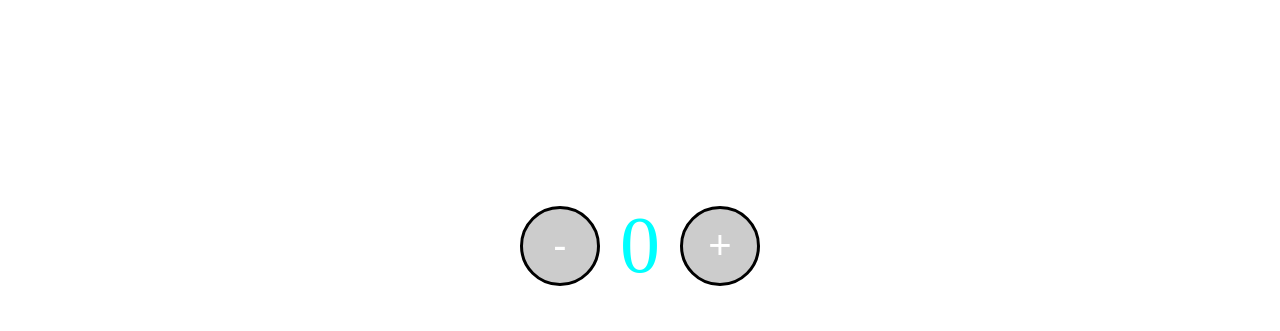
Repository: zRush1202/LoginPage-demo
Page: dom/exercise/counter.html
An editor plug-in stored every save of this project. The page is shown before and after the next save, followed by the edit.
The browser window is 1280 px wide. The pictures show the whole page.

Above is the page before, as saved 2023-09-16 21:26:22.

### dom/exercise/counter.html
<!DOCTYPE html>
<html lang="en">
<head>
    <meta charset="UTF-8">
    <meta name="viewport" content="width=device-width, initial-scale=1.0">
    <title>Counter</title>
    <link rel="stylesheet" href="counter.css">
</head>
<body>
    <div class="box">
        <button class="des">-</button>
        <span class="num">0</span>
        <button class="ins">+</button>
    </div>
    <script src="counter.js"></script>
</body>
</html>

### dom/exercise/counter.css
* {
    margin: 0;
    padding: 0;
}

.box {
    display: flex;
    justify-content: center;
    align-items: center;
    text-align: center;
    position: relative;
    top: 200px;
}

.num {
    color: aqua;
    text-align: center;
    font-size: 80px;
    margin-left: 20px;
    margin-right: 20px;
}

.des, .ins{
    height: 80px;
    width: 80px;
    font-size: 40px;
    border-radius: 40px;
    background-color: rgb(0, 0, 0, 0.2);
    color: white;
    border: 3px solid black;

}

.des:hover, .ins:hover {
    background-color: cyan;
    color: white;
}

### dom/exercise/counter.js
const ins = document.querySelector(".ins");
const des = document.querySelector(".des");
let num = document.querySelector(".num");

function increase(){
    let n = Number(num.textContent);
    n += 1;
    num.textContent = n;
}

function descrease(){
    let n = Number(num.textContent);
    n -= 1;
    num.textContent = n;
}

ins.addEventListener('click', increase);
des.addEventListener('click', descrease);

After the next save:
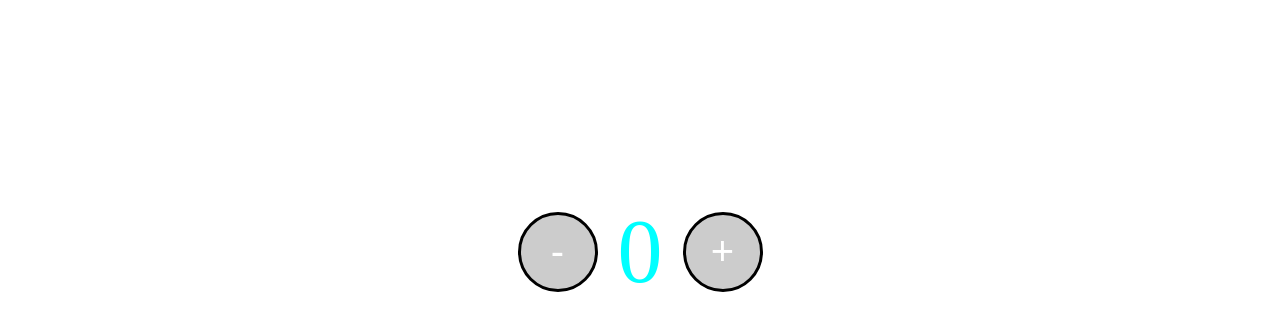
Saved 12 s later.
--- a/dom/exercise/counter.css
+++ b/dom/exercise/counter.css
@@ -15,7 +15,7 @@
 .num {
     color: aqua;
     text-align: center;
-    font-size: 80px;
+    font-size: 90px;
     margin-left: 20px;
     margin-right: 20px;
 }
